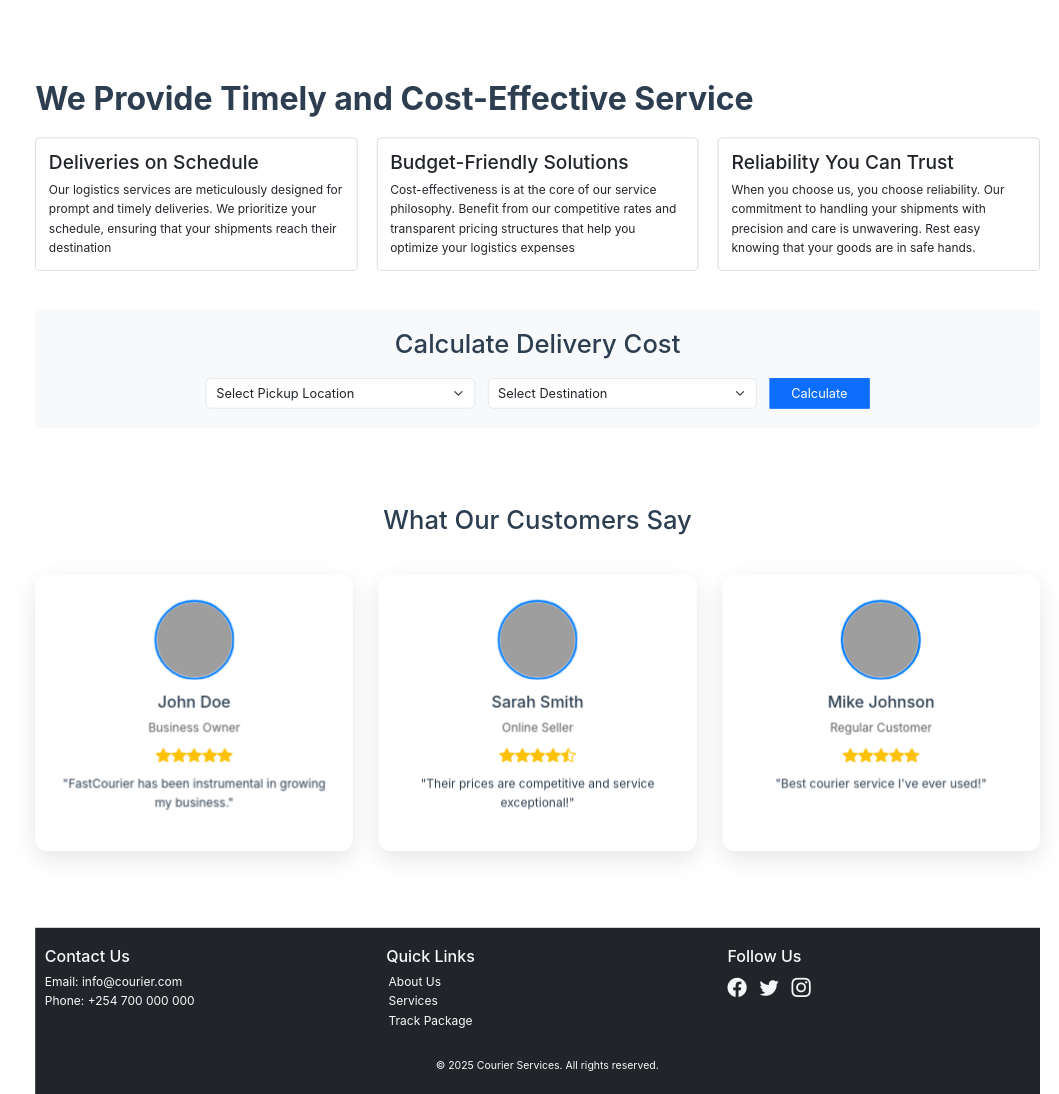
Repository: stancillous/package-yangu-logistics
Page: /
An editor plug-in stored every save of this project. The page is shown before and after a run of saves, followed by the edit.
The browser window is 1280 px wide. The page is 1324 px wide, so the pictures cover 1324 px, including what lies to the right of the window. The pictures show the part of the page from y = 676 to 2092 px (the page is 2044 px tall before and 2092 px after), at 80% of full size.
Pictures or frames that could not be fetched are drawn as grey boxes. The project was rebuilt for these pictures with package versions that can differ from the ones it lists, and the page was loaded fresh each time. Also part of the build but not shown: vite.config.ts.

Above is the page before, as saved 2025-01-31 14:11:21.

After the next 3 saves:
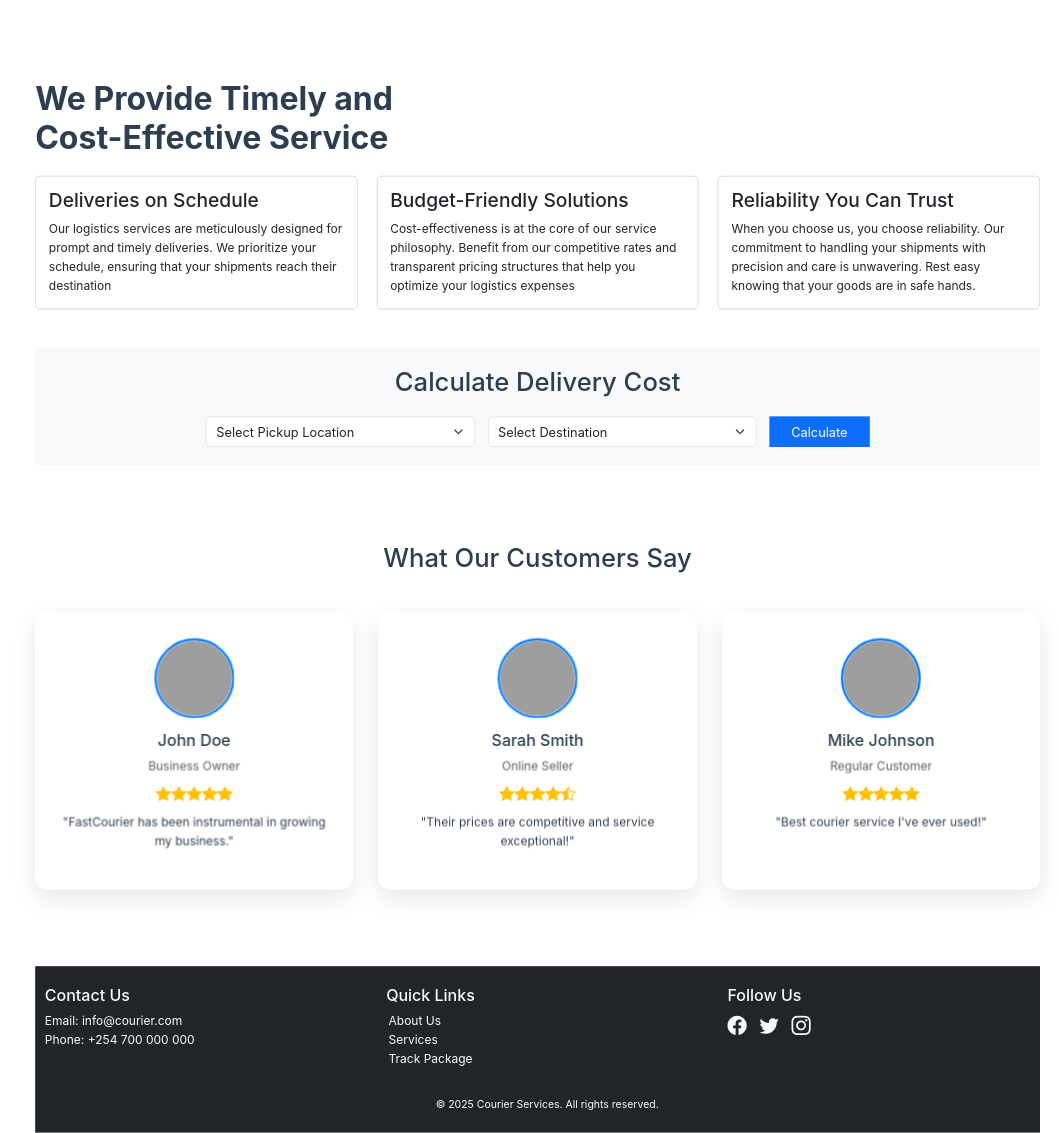
The 3 saves are shown as one change because they came seconds apart.
The last was saved 10 s later.
--- a/src/views/Index.vue
+++ b/src/views/Index.vue
@@ -35,7 +35,7 @@
 
         <!-- Services Section -->
         <div style="padding-top: 700px;" class="">
-          <h2 class="fw-bold display-6 mb-4">We Provide Timely and Cost-Effective Service</h2>
+          <h2 class="fw-bold display-6 mb-4">We Provide Timely and <br> Cost-Effective Service</h2>
           <div class="row g-4">
             <div class="col-md-4">
               <div class="card h-100">
